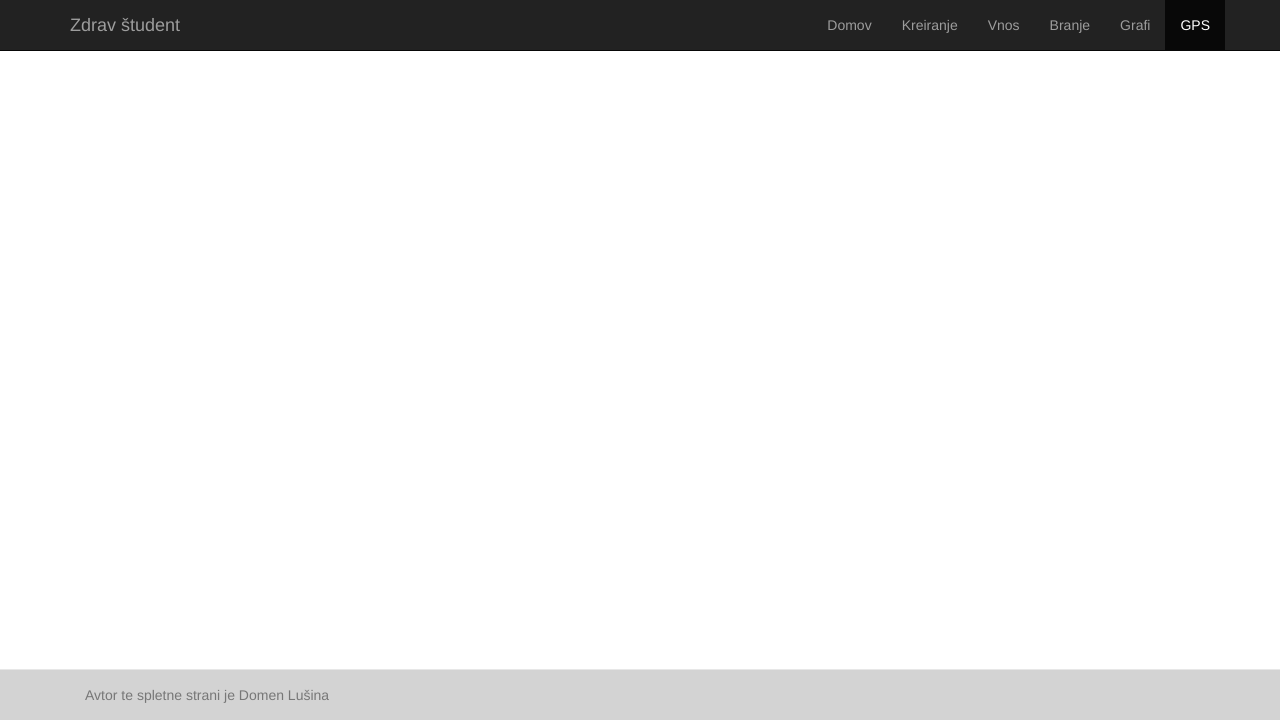
Repository: dl4184/ois-dn4
Page: gps.html
The author's editor kept a record of every edit. The page is drawn from the files as they stood at one moment, then again after the next edit.
The browser window is 1280 px wide. The pictures show the whole page.
Some web libraries are served in a nearby version.

Above is the page before.
Not found: css/styles.css

### gps.html
    <!DOCTYPE html>
    <html>
            <head>
                    <title>WebApp ois</title>
                    <meta charset="utf-8">
                    <meta name="viewport" content="width=device-width, initial-scale=1.0">
                    <script src = "http://ajax.googleapis.com/ajax/libs/jquery/2.1.0/jquery.min.js"></script>
                    <script src = "js/bootstrap.js"></script>
                    <link href = "css/bootstrap.min.css" rel = "stylesheet">
                    <link href = "css/styles.css" rel = "stylesheet">
                    <script src="demo.js"></script>
            </head>
            <body>

                    <div class = "navbar navbar-inverse navbar-static-top">
                            <div class = "container">

                                    <a href = "index.html" class = "navbar-brand">Zdrav študent</a>

                                    <button class = "navbar-toggle" data-toggle = "collapse" data-target = ".navHeaderCollapse">
                                            <span class = "icon-bar"></span>
                                            <span class = "icon-bar"></span>
                                            <span class = "icon-bar"></span>
                                    </button>

                                    <div class = "collapse navbar-collapse navHeaderCollapse">

                                            <ul class = "nav navbar-nav navbar-right">

                                                    <li><a href = "index.html">Domov</a></li>
                                                    <li><a href = "kreiranje.html">Kreiranje</a></li>
                                                    <li><a href = "vnos.html">Vnos</a></li>
                                                    <li><a href = "branje.html">Branje</a></li>
													<li><a href = "grafi.html">Grafi</a></li>
													<li class = "active"><a href = "gps.html">GPS</a></li>

                                            </ul>

                                    </div>

                            </div>
                    </div>

					 <div class = "navbar navbar-default navbar-fixed-bottom" style="background-color:lightgray">

                        <div class = "container">
                                <p class = "navbar-text pull-left">Avtor te spletne strani je Domen Lušina</p>
                        </div>

					</div>



            </body>
    </html>

### demo.js

var baseUrl = 'https://rest.ehrscape.com/rest/v1';
var queryUrl = baseUrl + '/query';

var username = "ois.seminar";
var password = "ois4fri";

function getSessionId() {
    var response = $.ajax({
        type: "POST",
        url: baseUrl + "/session?username=" + encodeURIComponent(username) +
                "&password=" + encodeURIComponent(password),
        async: false
    });
    return response.responseJSON.sessionId;
}


function kreirajEHRzaBolnika() {
	sessionId = getSessionId();

	var ime = $("#kreirajIme").val();
	var priimek = $("#kreirajPriimek").val();
	var datumRojstva = $("#kreirajDatumRojstva").val();

	if (!ime || !priimek || !datumRojstva || ime.trim().length == 0 || priimek.trim().length == 0 || datumRojstva.trim().length == 0) {
		$("#kreirajSporocilo").html("<span class='obvestilo label label-warning fade-in'>Prosim vnesite zahtevane podatke!</span>");
	} else {
		$.ajaxSetup({
		    headers: {"Ehr-Session": sessionId}
		});
		$.ajax({
		    url: baseUrl + "/ehr",
		    type: 'POST',
		    success: function (data) {
		        var ehrId = data.ehrId;
		        var partyData = {
		            firstNames: ime,
		            lastNames: priimek,
		            dateOfBirth: datumRojstva,
		            partyAdditionalInfo: [{key: "ehrId", value: ehrId}]
		        };
		        $.ajax({
		            url: baseUrl + "/demographics/party",
		            type: 'POST',
		            contentType: 'application/json',
		            data: JSON.stringify(partyData),
		            success: function (party) {
		                if (party.action == 'CREATE') {
		                    $("#kreirajSporocilo").html("<span class='obvestilo label label-success fade-in'>Uspešno kreiran EHR '" + ehrId + "'.</span>");
		                    console.log("Uspešno kreiran EHR '" + ehrId + "'.");
		                    $("#preberiEHRid").val(ehrId);
		                }
		            },
		            error: function(err) {
		            	$("#kreirajSporocilo").html("<span class='obvestilo label label-danger fade-in'>Napaka '" + JSON.parse(err.responseText).userMessage + "'!");
		            	console.log(JSON.parse(err.responseText).userMessage);
		            }
		        });
		    }
		});
	}
}


function preberiEHRBolnika() {
	sessionId = getSessionId();

	var ehrId = $("#preberiEHRid").val();

	if (!ehrId || ehrId.trim().length == 0) {
		$("#preberiSporocilo").html("<span class='obvestilo label label-warning fade-in'>Prosim vnesite zahtevan podatek!");
	} else {
		$.ajax({
			url: baseUrl + "/demographics/ehr/" + ehrId + "/party",
			type: 'GET',
			headers: {"Ehr-Session": sessionId},
	    	success: function (data) {
				var party = data.party;
				$("#preberiSporocilo").html("<span class='obvestilo label label-success fade-in'>Bolnik '" + party.firstNames + " " + party.lastNames + "', ki se je rodil '" + party.dateOfBirth + "'.</span>");
				console.log("Bolnik '" + party.firstNames + " " + party.lastNames + "', ki se je rodil '" + party.dateOfBirth + "'.");
			},
			error: function(err) {
				$("#preberiSporocilo").html("<span class='obvestilo label label-danger fade-in'>Napaka '" + JSON.parse(err.responseText).userMessage + "'!");
				console.log(JSON.parse(err.responseText).userMessage);
			}
		});
	}
}


function dodajMeritveVitalnihZnakov() {
	sessionId = getSessionId();

	var ehrId = $("#dodajVitalnoEHR").val();
	var datumInUra = $("#dodajVitalnoDatumInUra").val();
	var telesnaVisina = $("#dodajVitalnoTelesnaVisina").val();
	var telesnaTeza = $("#dodajVitalnoTelesnaTeza").val();
	var telesnaTemperatura = $("#dodajVitalnoTelesnaTemperatura").val();
	var sistolicniKrvniTlak = $("#dodajVitalnoKrvniTlakSistolicni").val();
	var diastolicniKrvniTlak = $("#dodajVitalnoKrvniTlakDiastolicni").val();
	var nasicenostKrviSKisikom = $("#dodajVitalnoNasicenostKrviSKisikom").val();
	var merilec = $("#dodajVitalnoMerilec").val();

	if (!ehrId || ehrId.trim().length == 0) {
		$("#dodajMeritveVitalnihZnakovSporocilo").html("<span class='obvestilo label label-warning fade-in'>Prosim vnesite zahtevane podatke!</span>");
	} else {
		$.ajaxSetup({
		    headers: {"Ehr-Session": sessionId}
		});
		var podatki = {
			// Preview Structure: https://rest.ehrscape.com/rest/v1/template/Vital%20Signs/example
		    "ctx/language": "en",
		    "ctx/territory": "SI",
		    "ctx/time": datumInUra,
		    "vital_signs/height_length/any_event/body_height_length": telesnaVisina,
		    "vital_signs/body_weight/any_event/body_weight": telesnaTeza,
		   	"vital_signs/body_temperature/any_event/temperature|magnitude": telesnaTemperatura,
		    "vital_signs/body_temperature/any_event/temperature|unit": "°C",
		    "vital_signs/blood_pressure/any_event/systolic": sistolicniKrvniTlak,
		    "vital_signs/blood_pressure/any_event/diastolic": diastolicniKrvniTlak,
		    "vital_signs/indirect_oximetry:0/spo2|numerator": nasicenostKrviSKisikom
		};
		var parametriZahteve = {
		    "ehrId": ehrId,
		    templateId: 'Vital Signs',
		    format: 'FLAT',
		    committer: merilec
		};
		$.ajax({
		    url: baseUrl + "/composition?" + $.param(parametriZahteve),
		    type: 'POST',
		    contentType: 'application/json',
		    data: JSON.stringify(podatki),
		    success: function (res) {
		    	console.log(res.meta.href);
		        $("#dodajMeritveVitalnihZnakovSporocilo").html("<span class='obvestilo label label-success fade-in'>" + res.meta.href + ".</span>");
		    },
		    error: function(err) {
		    	$("#dodajMeritveVitalnihZnakovSporocilo").html("<span class='obvestilo label label-danger fade-in'>Napaka '" + JSON.parse(err.responseText).userMessage + "'!");
				console.log(JSON.parse(err.responseText).userMessage);
		    }
		});
	}
}


function preberiMeritveVitalnihZnakov() {
	sessionId = getSessionId();

	var ehrId = $("#meritveVitalnihZnakovEHRid").val();
	var tip = $("#preberiTipZaVitalneZnake").val();

	if (!ehrId || ehrId.trim().length == 0 || !tip || tip.trim().length == 0) {
		$("#preberiMeritveVitalnihZnakovSporocilo").html("<span class='obvestilo label label-warning fade-in'>Prosim vnesite zahtevan podatek!");
	} else {
		$.ajax({
			url: baseUrl + "/demographics/ehr/" + ehrId + "/party",
	    	type: 'GET',
	    	headers: {"Ehr-Session": sessionId},
	    	success: function (data) {
				var party = data.party;
				$("#rezultatMeritveVitalnihZnakov").html("<br/><span>Pridobivanje podatkov za <b>'" + tip + "'</b> bolnika <b>'" + party.firstNames + " " + party.lastNames + "'</b>.</span><br/><br/>");
				if (tip == "telesna temperatura") {
					$.ajax({
					    url: baseUrl + "/view/" + ehrId + "/" + "body_temperature",
					    type: 'GET',
					    headers: {"Ehr-Session": sessionId},
					    success: function (res) {
					    	if (res.length > 0) {
						    	var results = "<table class='table table-striped table-hover'><tr><th>Datum in ura</th><th class='text-right'>Telesna temperatura</th></tr>";
						        for (var i in res) {
						            results += "<tr><td>" + res[i].time + "</td><td class='text-right'>" + res[i].temperature + " " 	+ res[i].unit + "</td>";
						        }
						        results += "</table>";
						        $("#rezultatMeritveVitalnihZnakov").append(results);
					    	} else {
					    		$("#preberiMeritveVitalnihZnakovSporocilo").html("<span class='obvestilo label label-warning fade-in'>Ni podatkov!</span>");
					    	}
					    },
					    error: function() {
					    	$("#preberiMeritveVitalnihZnakovSporocilo").html("<span class='obvestilo label label-danger fade-in'>Napaka '" + JSON.parse(err.responseText).userMessage + "'!");
							console.log(JSON.parse(err.responseText).userMessage);
					    }
					});
				} else if (tip == "telesna teža") {
					$.ajax({
					    url: baseUrl + "/view/" + ehrId + "/" + "weight",
					    type: 'GET',
					    headers: {"Ehr-Session": sessionId},
					    success: function (res) {
					    	if (res.length > 0) {
						    	var results = "<table class='table table-striped table-hover'><tr><th>Datum in ura</th><th class='text-right'>Telesna teža</th></tr>";
						        for (var i in res) {
						            results += "<tr><td>" + res[i].time + "</td><td class='text-right'>" + res[i].weight + " " 	+ res[i].unit + "</td>";
						        }
						        results += "</table>";
						        $("#rezultatMeritveVitalnihZnakov").append(results);
					    	} else {
					    		$("#preberiMeritveVitalnihZnakovSporocilo").html("<span class='obvestilo label label-warning fade-in'>Ni podatkov!</span>");
					    	}
					    },
					    error: function() {
					    	$("#preberiMeritveVitalnihZnakovSporocilo").html("<span class='obvestilo label label-danger fade-in'>Napaka '" + JSON.parse(err.responseText).userMessage + "'!");
							console.log(JSON.parse(err.responseText).userMessage);
					    }
					});
				} else if (tip == "telesna temperatura AQL") {
					var AQL =
						"select " +
    						"t/data[at0002]/events[at0003]/time/value as cas, " +
    						"t/data[at0002]/events[at0003]/data[at0001]/items[at0004]/value/magnitude as temperatura_vrednost, " +
    						"t/data[at0002]/events[at0003]/data[at0001]/items[at0004]/value/units as temperatura_enota " +
						"from EHR e[e/ehr_id/value='" + ehrId + "'] " +
						"contains OBSERVATION t[openEHR-EHR-OBSERVATION.body_temperature.v1] " +
						"where t/data[at0002]/events[at0003]/data[at0001]/items[at0004]/value/magnitude<35 " +
						"order by t/data[at0002]/events[at0003]/time/value desc " +
						"limit 10";
					$.ajax({
					    url: baseUrl + "/query?" + $.param({"aql": AQL}),
					    type: 'GET',
					    headers: {"Ehr-Session": sessionId},
					    success: function (res) {
					    	var results = "<table class='table table-striped table-hover'><tr><th>Datum in ura</th><th class='text-right'>Telesna temperatura</th></tr>";
					    	if (res) {
					    		var rows = res.resultSet;
						        for (var i in rows) {
						            results += "<tr><td>" + rows[i].cas + "</td><td class='text-right'>" + rows[i].temperatura_vrednost + " " 	+ rows[i].temperatura_enota + "</td>";
						        }
						        results += "</table>";
						        $("#rezultatMeritveVitalnihZnakov").append(results);
					    	} else {
					    		$("#preberiMeritveVitalnihZnakovSporocilo").html("<span class='obvestilo label label-warning fade-in'>Ni podatkov!</span>");
					    	}

					    },
					    error: function() {
					    	$("#preberiMeritveVitalnihZnakovSporocilo").html("<span class='obvestilo label label-danger fade-in'>Napaka '" + JSON.parse(err.responseText).userMessage + "'!");
							console.log(JSON.parse(err.responseText).userMessage);
					    }
					});
				}
	    	},
	    	error: function(err) {
	    		$("#preberiMeritveVitalnihZnakovSporocilo").html("<span class='obvestilo label label-danger fade-in'>Napaka '" + JSON.parse(err.responseText).userMessage + "'!");
				console.log(JSON.parse(err.responseText).userMessage);
	    	}
		});
	}
}


$(document).ready(function() {
    $.ajax({
            url : "clanek.txt",
            dataType: "text",
            success : function (data) {
                $(".text").html(data);
            }
        });
	$('#preberiObstojeciEHR').change(function() {
		$("#preberiSporocilo").html("");
		$("#preberiEHRid").val($(this).val());
	});
	$('#preberiPredlogoBolnika').change(function() {
		$("#kreirajSporocilo").html("");
		var podatki = $(this).val().split(",");
		$("#kreirajIme").val(podatki[0]);
		$("#kreirajPriimek").val(podatki[1]);
		$("#kreirajDatumRojstva").val(podatki[2]);
	});
	$('#preberiObstojeciVitalniZnak').change(function() {
		$("#dodajMeritveVitalnihZnakovSporocilo").html("");
		var podatki = $(this).val().split("|");
		$("#dodajVitalnoEHR").val(podatki[0]);
		$("#dodajVitalnoDatumInUra").val(podatki[1]);
		$("#dodajVitalnoTelesnaVisina").val(podatki[2]);
		$("#dodajVitalnoTelesnaTeza").val(podatki[3]);
		$("#dodajVitalnoTelesnaTemperatura").val(podatki[4]);
		$("#dodajVitalnoKrvniTlakSistolicni").val(podatki[5]);
		$("#dodajVitalnoKrvniTlakDiastolicni").val(podatki[6]);
		$("#dodajVitalnoNasicenostKrviSKisikom").val(podatki[7]);
		$("#dodajVitalnoMerilec").val(podatki[8]);
	});
	$('#preberiEhrIdZaVitalneZnake').change(function() {
		$("#preberiMeritveVitalnihZnakovSporocilo").html("");
		$("#rezultatMeritveVitalnihZnakov").html("");
		$("#meritveVitalnihZnakovEHRid").val($(this).val());
	});
});

Loaded but not shown: js/bootstrap.js (library); css/bootstrap.min.css (library)

After the next edit:
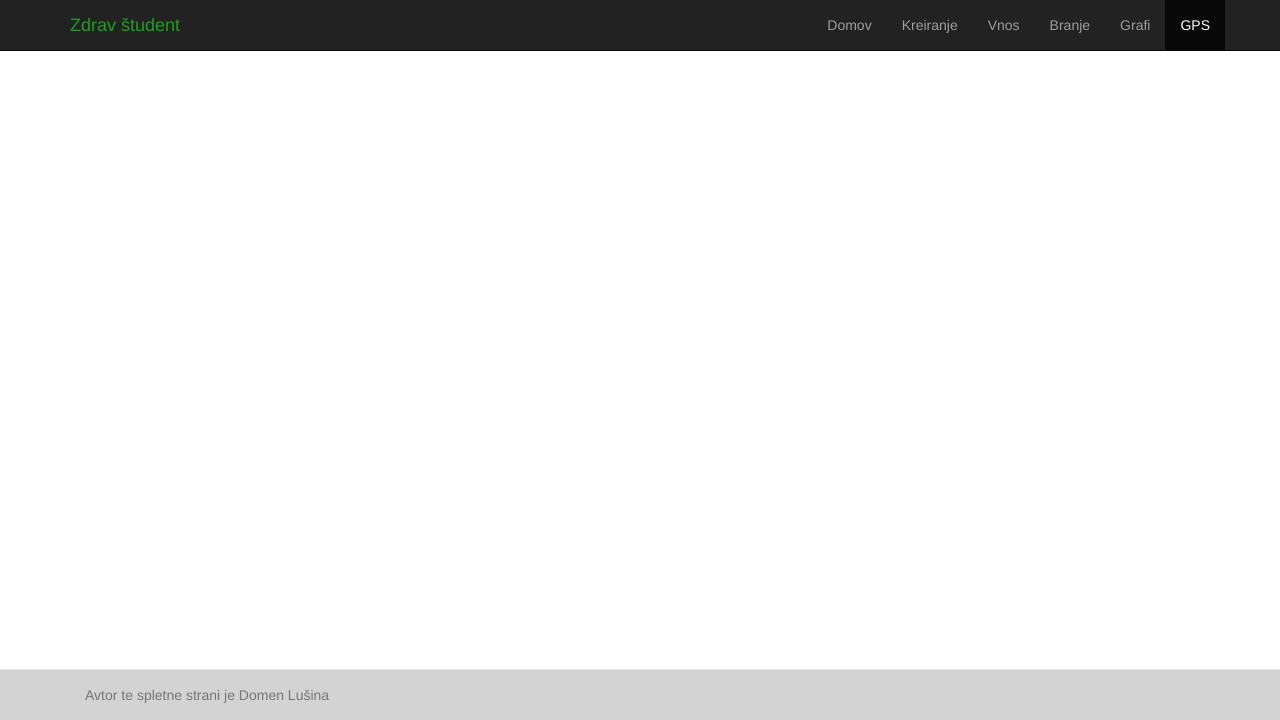
The edit:
--- a/gps.html
+++ b/gps.html
@@ -15,7 +15,7 @@
                     <div class = "navbar navbar-inverse navbar-static-top">
                             <div class = "container">
 
-                                    <a href = "index.html" class = "navbar-brand">Zdrav študent</a>
+                                    <a href = "index.html" class = "navbar-brand" style="color:#19A319">Zdrav študent</a>
 
                                     <button class = "navbar-toggle" data-toggle = "collapse" data-target = ".navHeaderCollapse">
                                             <span class = "icon-bar"></span>
